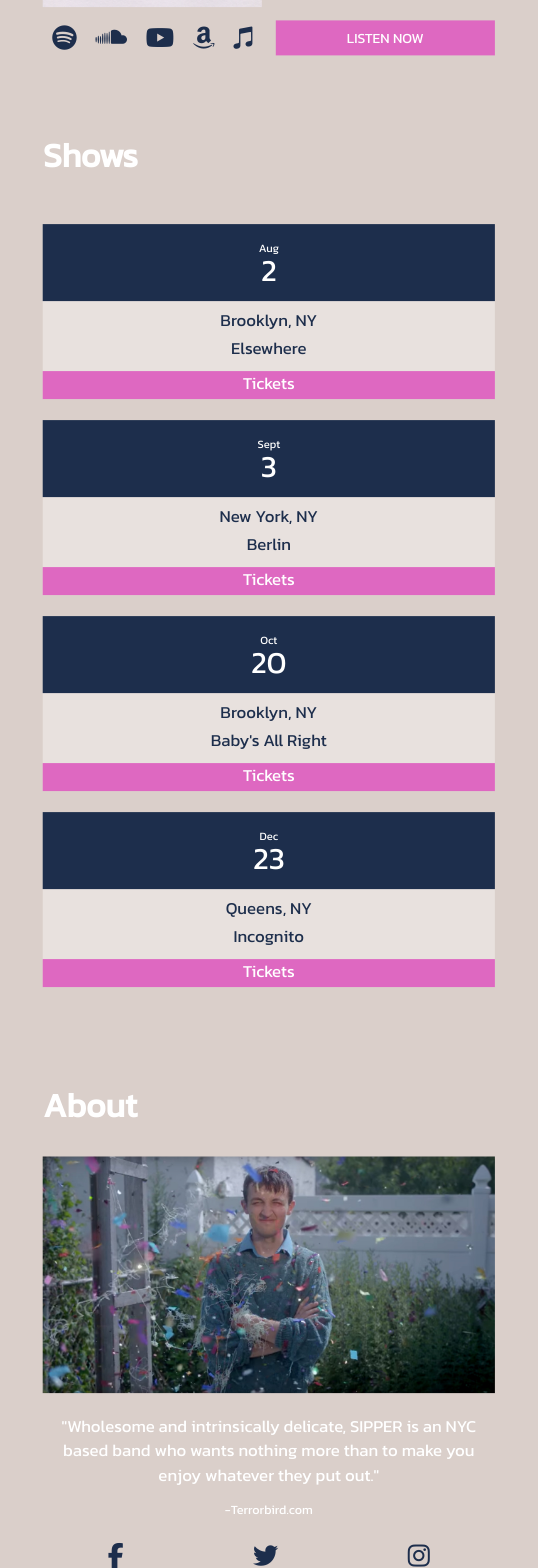
Repository: KrystellBarraza/SipperNYC
Page: index.html
An editor plug-in stored every save of this project. The page is shown before and after the next save, followed by the edit.
The browser window is 768 px wide. The pictures show the part of the page from y = 1853 to 4093 px (the page is 4093 px tall before and 4073 px after), at 70% of full size.
Some web libraries are served in a nearby version.

Above is the page before, as saved 2019-09-17 18:02:22.

After the next save:
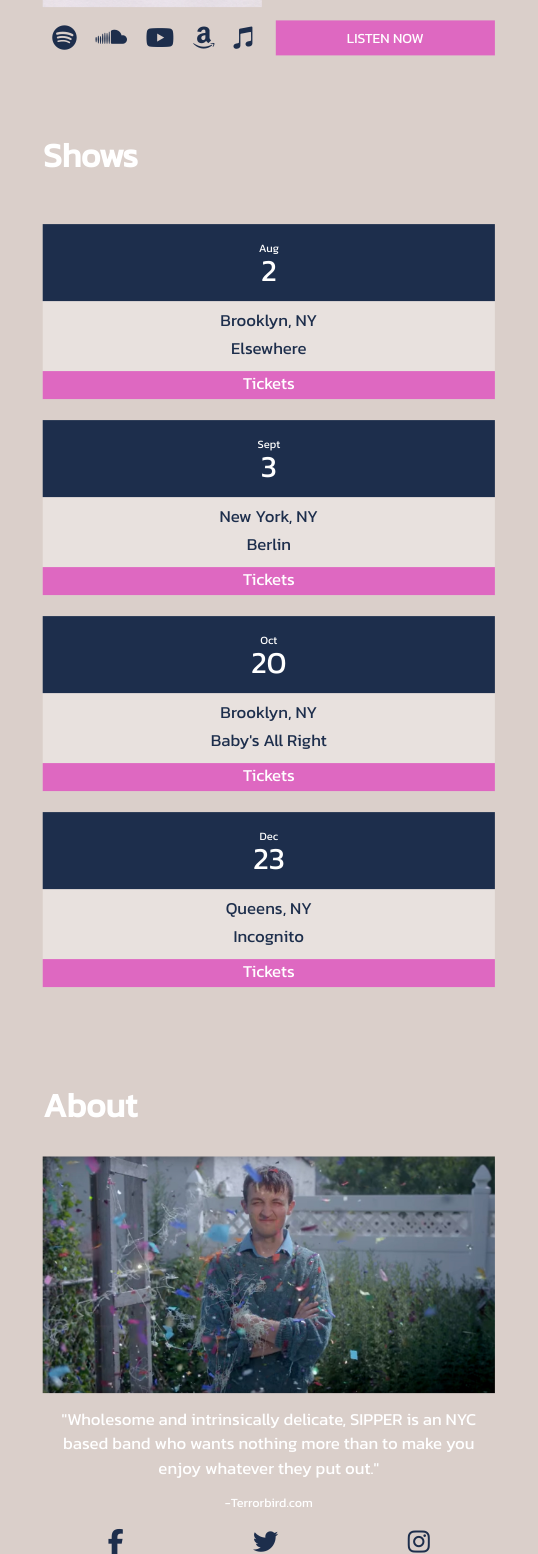
Saved 23 s later.
--- a/style.css
+++ b/style.css
@@ -871,6 +871,6 @@ i.fab:hover {
     }
 
     .about-text {
-        padding: 20px;
-    }
-}
+        padding: 10px;
+    }
+}
